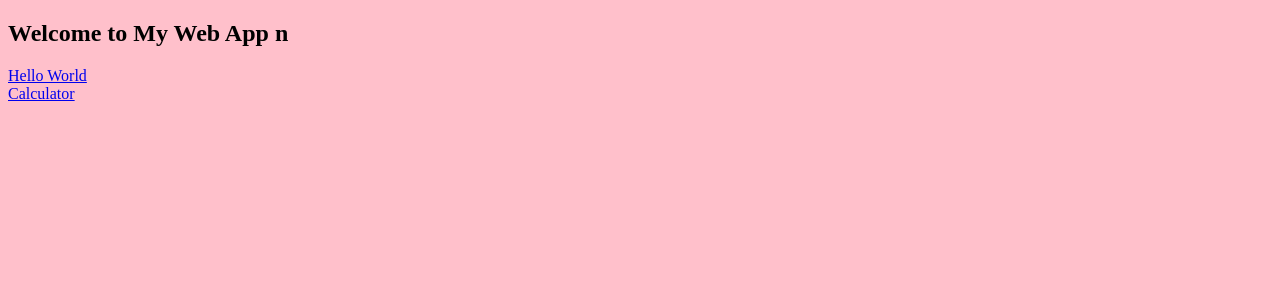
Repository: shashwat13mishra/javatraining
Page: mywebapp/src/main/webapp/index.html
The author's editor kept a copy of each file at every save. The page is drawn from the files as they stood at one save, then again after the next save.
The browser window is 1280 px wide. The pictures show the whole page.

Above is the page before, as saved 2019-07-16 06:18:41.

After the next save:
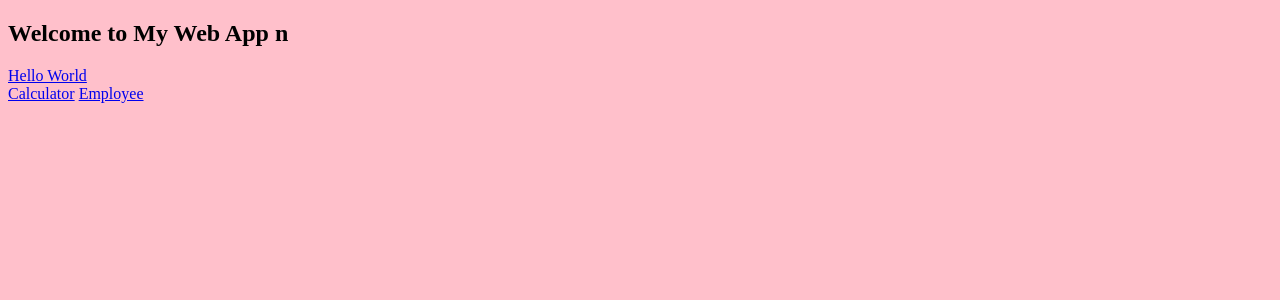
Saved 12 min 11 s later.
--- a/mywebapp/src/main/webapp/index.html
+++ b/mywebapp/src/main/webapp/index.html
@@ -10,6 +10,7 @@
 
 <a href=hello>Hello World</a> <br>
 <a href=calc.html>Calculator</a>
+<a href=employee.html>Employee</a>
 
 </body>
 </html>
